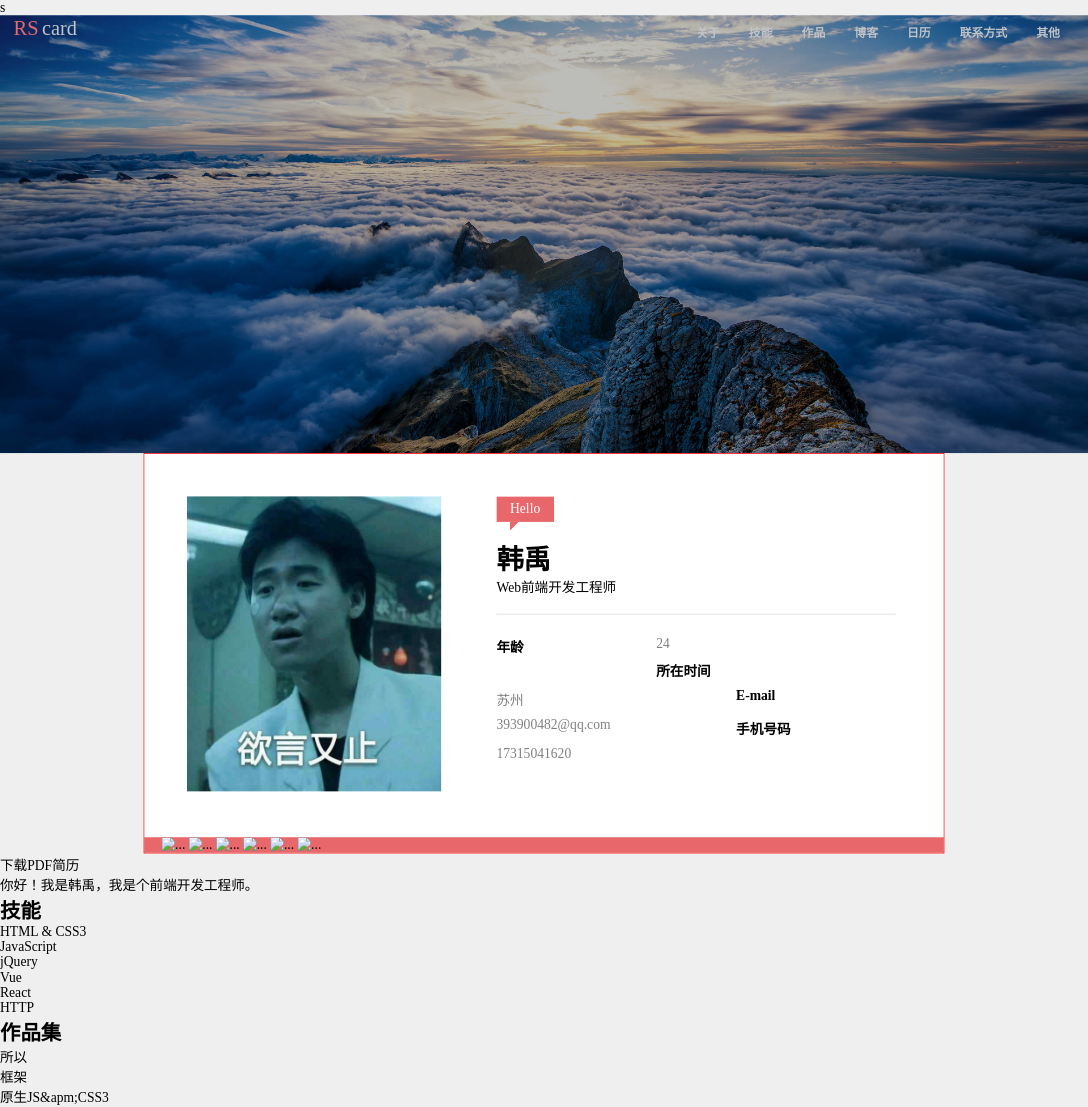
Repository: yorkHan/resume
Page: index.html
These files come from the project's save history. The page is drawn as it stood at one moment and after the next save; the edit follows.
The browser window is 1280 px wide. The pictures show the whole page, at 85% of full size.

Above is the page before, as saved 2018-04-10 00:24:37.

### index.html
<!DOCTYPE html>
<html lang="en">
<head>
    <meta charset="UTF-8">
    <meta name="viewport" content="width=device-width, initial-scale=1.0">
    <meta http-equiv="X-UA-Compatible" content="ie=edge">
    <title>Document</title>
    <link rel="stylesheet" href="./1.css">
    <script src="//at.alicdn.com/t/font_621912_9r2kl0u76xzb0529.js"></script>
    <style type="text/css">
        .icon {
           width: 1em; height: 1em;
           vertical-align: -0.15em;
           fill: currentColor;
           overflow: hidden;
        }
    </style>s
</head>
<body>
    <div class="topNavBar clearfix">
        <div class="topNavBar-inner clearfix">
            <a class="logo" href="#" alt="logo" style="float:left;">
                <span class="rs">RS</span><span class="card">card</span>
            </a>
            <nav>
                <ul class="clearfix" style="float: right;">
                    <li><a href="#">关于</a></li>
                    <li><a href="#">技能</a></li>
                    <li><a href="#">作品</a></li>
                    <li><a href="#">博客</a></li>
                    <li><a href="#">日历</a></li>
                    <li><a href="#">联系方式</a></li>
                    <li><a href="#">其他</a></li>
                </ul>
            </nav>
        </div>
    </div>
    <div class="banner" style="background-image: url(./images/3.jpg)">
        <div class="mask"></div>
    </div>
    <main>
        <div class="usercard">
            <div class="textAndPicture clearfix">
                <div class="pic">
                    <img src="./images/avatar.png" style="width:299px;height:347px" alt="头像">
                </div>
                <div class="text">
                    <div class="profile">
                    <span class="welcome">Hello
                        <span class="triangle"></span>
                    </span>
                    <h1>韩禹</h1>
                    <p>Web前端开发工程师</p>
                    <hr>
                    <dl>
                        <dt>年龄</dt>
                        <dd>24</dd>
                        <dt>所在时间</dt>
                        <dd>苏州</dd>
                        <dt>E-mail</dt>
                        <dd>393900482@qq.com</dd>
                        <dt>手机号码</dt>
                        <dd>17315041620</dd>
                    </dl>
                </div>
                </div>
            </div>
            <footer class="media">
                <a href="#">
                    <svg class="icon" aria-hidden="true">
                        <use xlink:href="#icon-xxx"></use>
                    </svg>
                </a>
                <a href="#">
                    <img src="#" alt="...">
                </a>
                <a href="#">
                    <img src="#" alt="...">
                </a>
                <a href="#">
                    <img src="#" alt="...">
                </a>
                <a href="#">
                    <img src="#" alt="...">
                </a>
                <a href="#">
                    <img src="#" alt="...">
                </a>
                <a href="#">
                    <img src="#" alt="...">
                </a>
            </footer>
        </div>
        <a href="">下载PDF简历</a>
        <p>
            你好！我是韩禹，我是个前端开发工程师。
        </p>
    </main>
    <section>
        <h2>技能</h2>
        <ol>
            <li>HTML &amp; CSS3</li>
            <li>JavaScript</li>
            <li>jQuery</li>
            <li>Vue</li>
            <li>React</li>
            <li>HTTP</li>
        </ol>
    </section>
    <section>
        <h2>作品集</h2>
        <nav>
            <ol>
                <li>所以</li>
                <li>框架</li>
                <li>原生JS&apm;CSS3</li>
            </ol>
        </nav>
        <div class="jobs">
            <div class="big"></div>
            <div class='small'></div>
            <div class="small"></div>
        </div>
    </section>
</body>
</html>

### 1.css
body{
    background-color: #EFEFEF;
    margin: 0;
}
*{
    margin: 0;
    padding: 0;
}
a{
    color: inherit;
    text-decoration: none;
}
.clearfix::after{
    content: '';
    display: block;
    clear: both;
}
.topNavBar{
    padding: 20px 0px 20px 0px;
    position: fixed;
    top:0;
    left:0;
    width:100%;
}
.topNavBar-inner{
    padding: 0 16px;
}
.topNavBar nav>ul{
    list-style: none;
    margin: 0;
    padding: 0;
}
.topNavBar nav>ul>li{
    float: left;

}
.topNavBar nav>ul>li>a{
    display: block;
    font-size: 14px;
    font-weight: bold;
    color:#c1c3c7;
    margin-left: 17px;
    margin-right: 17px;
    padding-top: 5px;
    padding-bottom: 5px;
    border-top:3px solid transparent;
    border-bottom:3px solid transparent;
}
.topNavBar nav>ul>li>a:hover{
    border-bottom:3px solid #E8676B;
}
.topNavBar .logo{
    font-family: "Arial Rounded MT Bold";
    font-size: 24px;
}
.topNavBar .logo .rs{
    margin-right: 4px;
    color:#E8676B;
}
.topNavBar .logo .card {
    color:#c1c3c7;
}
.banner{
    height: 515px;
    background-position: center center;
    background-size:cover;
}
.banner .mask{
    height: 515px;
    background-color: rgba(0, 0, 0, 0.26);
}
.usercard{
    border:1px solid red;
    max-width: 940px;
    margin-left: auto;
    margin-right: auto;
}
.text .welcome{
    padding: 4px 16px;
    line-height: 22px;
    display: inline-block;
    background-color: #E8676B;
    color: white;
    position: relative;
}
.text h1{
    margin-top:18px;
}
hr{
    height: 0;
    border:none;
    border-top: 1px solid #DEDEDE;
}

.triangle{
    display: block;
    border: 10px solid transparent;
    width: 0;
    border-left-color:#E8676B;
    border-top:0;
    position: absolute;
    top:100%;
}
.usercard .pic{
    float: left;
}
.usercard .text{
    float: left;
    margin-left: 65px;
    width: 470px;
}
.usercard .text hr{
    margin: 20px 0px;
}
.usercard footer.media {
    background: #E8676B;
}
.textAndPicture{
    background-color: #FFF;
    padding: 50px;
}
.usercard dl dt{
    float: left;
    width: 40%;
    padding: 5px 0;
    font-weight: bold;
}
.usercard dl dd{
    float: left;
    width: 60%;
    padding: 5px 0;
    color: gray;
}

After the next save:
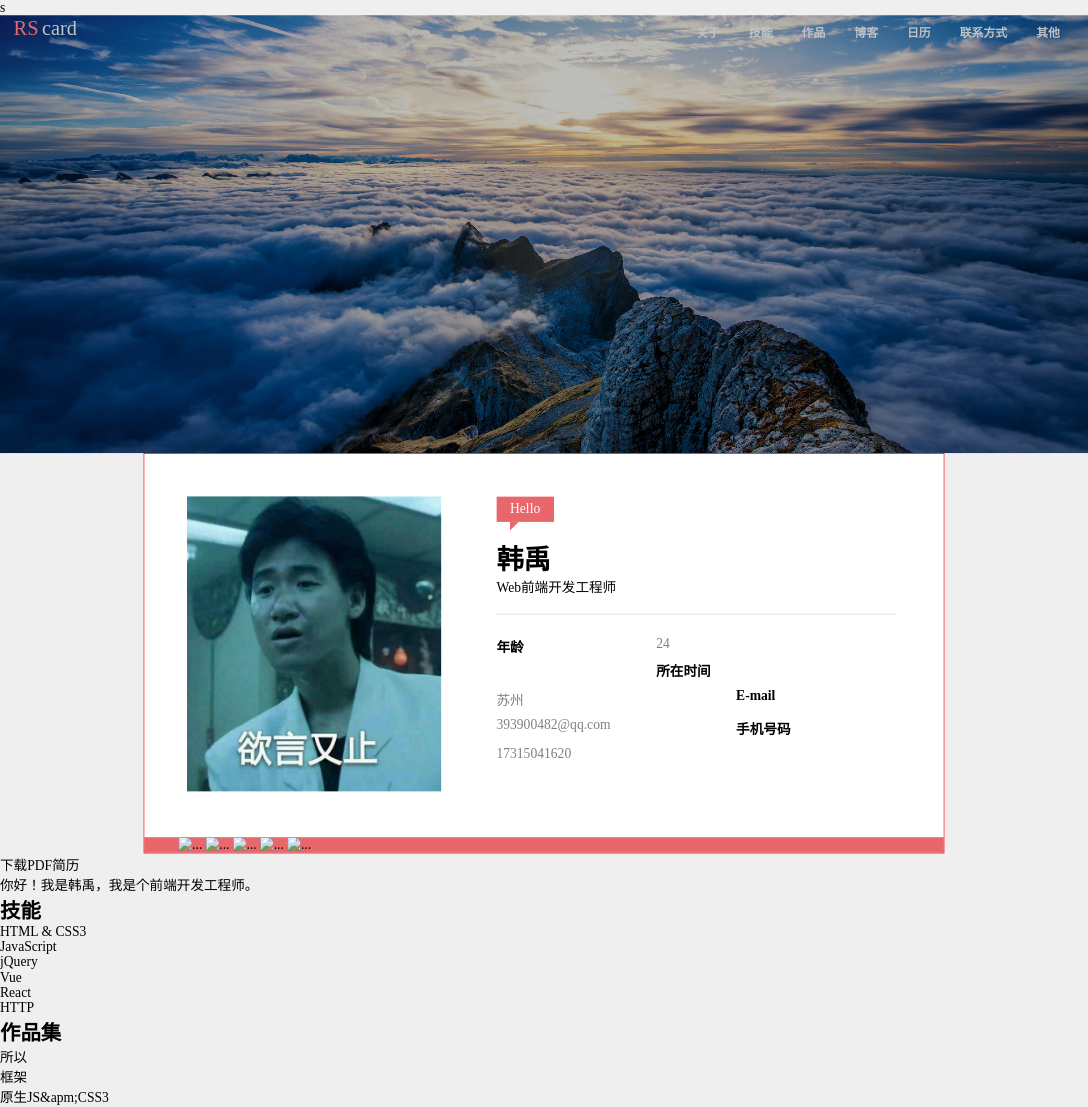
Saved 88 s later.
--- a/index.html
+++ b/index.html
@@ -72,7 +72,9 @@
                     </svg>
                 </a>
                 <a href="#">
-                    <img src="#" alt="...">
+                        <svg class="icon" aria-hidden="true">
+                                <use xlink:href="#icon-xxx"></use>
+                            </svg>
                 </a>
                 <a href="#">
                     <img src="#" alt="...">
